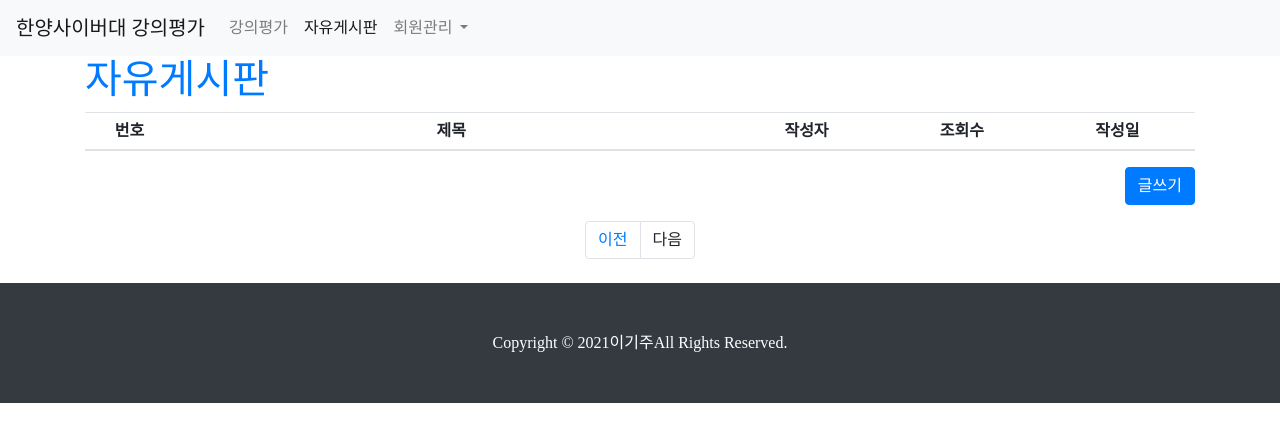
Repository: lkjjjang/hycu
Page: http://localhost/hycujjang/freeBoard.jsp
The author's editor kept a copy of each file at every save. The page is drawn from the files as they stood at one save, then again after the next save.
The browser window is 1280 px wide. The pictures show the whole page.
Some web fonts or font styles are not loaded; a fallback is used. The page is served by Tomcat 9. Nobody is signed in. The application's start-up code is not run. Other server files are loaded and not shown. The template is opened directly, without the code that normally fills it, so the values that code supplies are empty.

Above is the page before, as saved 2022-01-02 07:16:45.

### hycujjang/WebContent/freeBoard.jsp
<%@ page language="java" contentType="text/html; charset=UTF-8"
    pageEncoding="UTF-8"%>
<%@ page import="java.util.ArrayList" %>
<%@ page import="java.net.URLEncoder" %>
<%@ page import="java.io.PrintWriter" %>
<%@ taglib prefix="c" uri="http://java.sun.com/jsp/jstl/core"%>
<%@ taglib prefix="fmt" uri="http://java.sun.com/jsp/jstl/fmt"%>

<!DOCTYPE html>
<html>
<head>
	<meta charset="UTF-8">
	<meta name="viewport" content="width=device-width, initial-scale=1, shrink-to-fit=no">
	<title>한양사이버대 강의평가</title>
	<!-- 부트스트랩 CSS 추가하기 -->
	<link rel="stylesheet"
			href="https://stackpath.bootstrapcdn.com/bootstrap/4.4.1/css/bootstrap.min.css"
			integrity="sha384-Vkoo8x4CGsO3+Hhxv8T/Q5PaXtkKtu6ug5TOeNV6gBiFeWPGFN9MuhOf23Q9Ifjh"
			crossorigin="anonymous">
	<!-- 커스텀 CSS 추가하기 -->
	<link rel="stylesheet" href="./css/custom.css">
</head>
<body>

	<nav class="navbar navbar-expand-md navbar-light bg-light">
		<a class="navbar-brand" href="index.jsp">한양사이버대 강의평가</a>
		<button class="navbar-toggler" type="button" data-toggle="collapse" data-target="#navbar">
			<span class="navbar-toggler-icon"></span>
		</button>
		<div id="navbar" class="collapse navbar-collapse">
			<ul class="navbar-nav mr-auto">
				<li class="nav-item">
					<a class="nav-link" href="lectureBoardController?pageNumber=1">강의평가</a>
				</li>
				<li class="nav-item active">
					<a class="nav-link" href="freeBoardController?pageNumber=1">자유게시판</a>
				</li>
				<li class="nav-item dropdown">
					<a class="nav-link dropdown-toggle" id="dropdown" data-toggle="dropdown" href="index.jsp">
						회원관리
					</a>
					<div class="dropdown-menu" aria-labelledby="dropdown">
						<a class="dropdown-item" href="logout.jsp">로그아웃</a>
					</div>
				</li>
			</ul>
		</div>
	</nav>

	<div class="container">
		<h1>
    		<a class="ed link-primary text-bold title-underline" href="freeBoardController?pageNumber=1">자유게시판</a>
  		</h1>
			<table class="table table-hover">
				<colgroup>
					<col width="8%"/>
					<col width="50%"/>
					<col width="14%"/>
					<col width="14%"/>
					<col width="14%"/>
				</colgroup>
				<thead style="text-align: center;">
					<tr>
						<th style="padding: 6px;">번호</th>
						<th style="padding: 6px;">제목</th>
						<th style="padding: 6px;">작성자</th>
						<th style="padding: 6px;">조회수</th>
						<th style="padding: 6px;">작성일</th>
					</tr>
				</thead>
				<tbody>
					<c:forEach var="freeBBS" items="${freeBBS}" begin="0" end="${freeBBSListPrintCount}">
						<tr>
							<td style="text-align: center; padding: 6px;">
								<c:if test="${userID == 'admin'}">
									<input type="checkbox" name="delCheck_id" id="delCheck_id" value="${freeBBS.bbsID}">
								</c:if>
								${freeBBS.bbsID}
							</td>
							<td style="padding: 6px;">
								<a href="freeBoardDetailController?id=${freeBBS.bbsID}">${freeBBS.bbsTitle}</a>
								<c:if test="${freeBBS.commentCount != 0}">[${freeBBS.commentCount}]</c:if>
								<c:if test="${freeBBS.useImage == 1}"><img src="images/imageIcon.png"></c:if>
							</td>
							<td style="text-align: center; padding: 6px;">${freeBBS.nickName}</td>
							<td style="text-align: center; padding: 6px;">${freeBBS.bbsHit}</td>
							<td style="text-align: center; padding: 6px;">${freeBBS.bbsDate}</td>
						</tr>
					</c:forEach>
				</tbody>
			</table>
		<c:if test="${userID == 'admin'}">
			<div id="checkList">
				<button class="btn btn-primary" id="selectAll" onclick="select(this)">전체선택</button>
				<button class="btn btn-danger" id="deleteAll" onclick="deleteAll()">선택삭제</button>
			</div>
		</c:if>
		<c:if test="${userID != 'admin'}">
			<c:if test="${userID == 'guest'}">
				<div style="text-align: right;">
					<button onclick="guestWrite()" class="btn btn-primary">글쓰기</button>
				</div>
			</c:if>
			<c:if test="${userID != 'guest'}">
				<div style="text-align: right;">
					<a href="write.jsp" class="btn btn-primary">글쓰기</a>
				</div>
			</c:if>
		</c:if>

		<!-- 페이지번호 출력 -->
		<!-- 파라미터로 들어오는 페이지 번호를 이용해 startNum값을 구함 -->
		<div>
			<c:set var="page" value="${(param.pageNumber == null) ? 1 : param.pageNumber}"></c:set>
			<c:set var="startNum" value="${page - (page - 1) % 5}"></c:set>
			<c:set var="lastNum" value="${listCount}"></c:set>

			<ul class="pagination justify-content-center mt-3">
				<c:if test="${param.pageNumber == 1}">
					<li class="page-item"><a class="page-link" onclick="alert('이전 페이지가 없습니다.');">이전</a></li>
				</c:if>
				<c:if test="${param.pageNumber != 1}">
					<li class="page-item"><a class="page-link" href="freeBoardController?pageNumber=${param.pageNumber - 1}">이전</a></li>
				</c:if>

				<c:forEach var="i" begin="0" end="4">
					<c:if test="${(startNum + i) <= lastNum}">
						<c:if test="${param.pageNumber == (startNum + i)}">
							<li class="page-item active"><a class="page-link" href="freeBoardController?pageNumber=${startNum + i}">${startNum + i}</a></li>
						</c:if>
						<c:if test="${param.pageNumber != (startNum + i)}">
							<li class="page-item"><a class="page-link" href="freeBoardController?pageNumber=${startNum + i}">${startNum + i}</a></li>
						</c:if>
					</c:if>
				</c:forEach>

				<c:if test="${param.pageNumber == lastNum}">
					<li class="page-item"><a class="page-link" onclick="alert('다음 페이지가 없습니다.');">다음</a></li>
				</c:if>
				<c:if test="${param.pageNumber != lastNum}">
					<li class="page-item"><a class="page-link" href="freeBoardController?pageNumber=${param.pageNumber + 1}">다음</a></li>
				</c:if>
			</ul>
		</div>
	</div>

	<footer class="bg-dark mt-4 p-5 text-center" style="color: #FFFFFF;">
		Copyright &copy; 2021이기주All Rights Reserved.
	</footer>
	<script src="https://code.jquery.com/jquery-3.6.0.js"
  			integrity="sha256-H+K7U5CnXl1h5ywQfKtSj8PCmoN9aaq30gDh27Xc0jk="
  			crossorigin="anonymous">
	</script>
	<script src="https://cdn.jsdelivr.net/npm/popper.js@1.16.0/dist/umd/popper.min.js"
			integrity="sha384-Q6E9RHvbIyZFJoft+2mJbHaEWldlvI9IOYy5n3zV9zzTtmI3UksdQRVvoxMfooAo"
			crossorigin="anonymous">
	</script>
	<script src="https://maxcdn.bootstrapcdn.com/bootstrap/4.0.0/js/bootstrap.min.js"
			integrity="sha384-JZR6Spejh4U02d8jOt6vLEHfe/JQGiRRSQQxSfFWpi1MquVdAyjUar5+76PVCmYl"
			crossorigin="anonymous">
	</script>
	<script type="text/javascript">
		function guestWrite() {
			alert('게스트 계정은 글작성이 불가능 합니다.');
		}
	</script>
	<script type="text/javascript">
		function deleteAll() {
			var checkList = document.getElementsByName('delCheck_id');
			var checkedList = new Array();
			var count = 0;
			for (var i = 0; i < checkList.length; i++) {
				if (checkList[i].checked == true) {
					count++;
					checkedList[i] = checkList[i].value;
				}
			}

			if (count == 0) {
				alert('선택사항이 없습니다.');
				return;
			}

			var data = new Array();
			for (var i = 0; i < checkedList.length; i++) {
				if (checkedList[i] != null) {
					var dataTemp = new Object();
					dataTemp.id = checkedList[i];
					data.push(dataTemp);
				}
			}

			$.ajax({
				type: "post",
				url: "freeBoardDeleteController",
				data: JSON.stringify(data),
				contentType: "application/json; charset=utf-8",
				dataType: "json",

				success: function(json) {
					if (json[0].resultCode == 'ok') {
						alert('삭제 되었습니다.');
					} else {
						alert('데이터베이스 오류 입니다.');
					}
					location.reload();
				},
				error: function(json) {
					alert('시스템 오류 입니다.')
				}
			});
		}
	</script>
	<script type="text/javascript">
		function select(tagID) {
			var id = tagID.id;
			var checkList = document.getElementsByName('delCheck_id');
			for (var i = 0; i < checkList.length; i++) {
				if (id == 'selectAll') {
					checkList[i].checked = true;
				} else {
					checkList[i].checked = false;
				}
			}

			if (id == 'selectAll') {
				changeId('cancel', '선택해제');
			} else {
				changeId('selectAll', '전체선택');
			}
		}

		function changeId(id, text)  {
			  const btnElement = document.getElementById('checkList');
			  btnElement.innerHTML = '<button class="btn btn-primary" id="' + id + '" onclick="select(this)">'+ text +'</button>' +
			  							'<button class="btn btn-danger" id="deleteAll" onclick="deleteAll()">선택삭제</button>';
		}
	</script>
</body>
</html>

### hycujjang/WebContent/css/custom.css
@import url(https://fonts.googleapis.com/earlyaccess/jejugothic.css);
@import url(https://fonts.googleapis.com/css2?family=Nanum+Gothic&display=swap);
.navbar-brand, h1, h2, h3, h4 {
	font-family: 'Jeju Gothic';
}
h5 {
	font-family: 'Jeju Gothic';
	font-size: 18px;
}
body {
	font-family: 'Nanum Gothic';
}

After the next save:
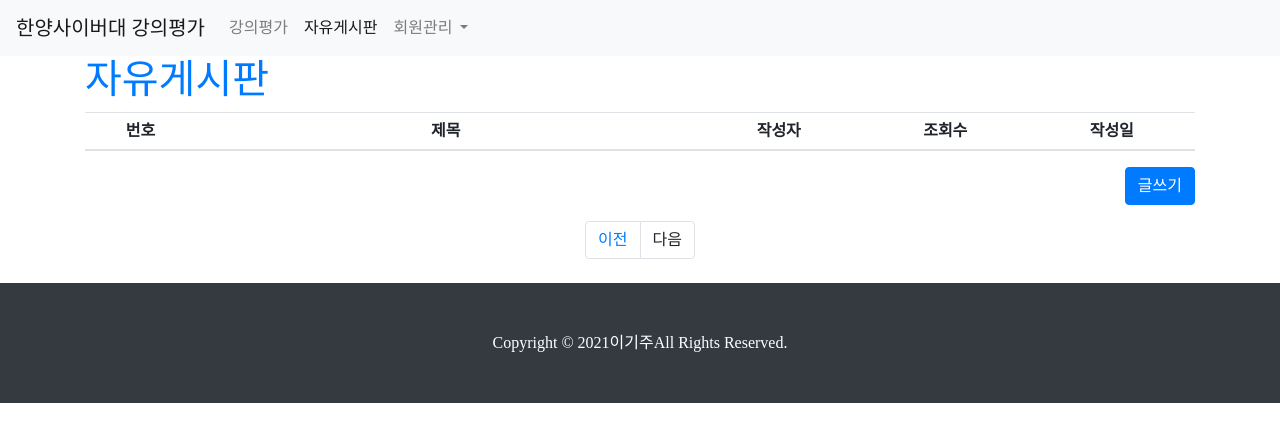
Saved 42 s later.
--- a/hycujjang/WebContent/freeBoard.jsp
+++ b/hycujjang/WebContent/freeBoard.jsp
@@ -53,11 +53,11 @@
   		</h1>
 			<table class="table table-hover">
 				<colgroup>
-					<col width="8%"/>
-					<col width="50%"/>
-					<col width="14%"/>
-					<col width="14%"/>
-					<col width="14%"/>
+					<col width="10%"/>
+					<col width="45%"/>
+					<col width="15%"/>
+					<col width="15%"/>
+					<col width="15%"/>
 				</colgroup>
 				<thead style="text-align: center;">
 					<tr>
